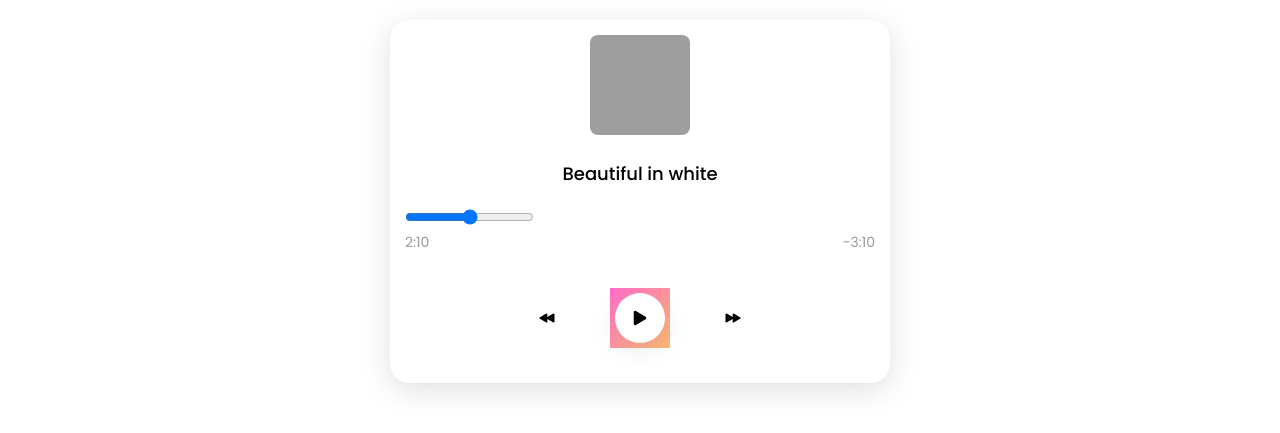
Repository: quyenpv10/mp3__music
Page: index.html
These files come from the project's save history. The page is drawn as it stood at one moment and after the next save; the edit follows.
The browser window is 1280 px wide. The pictures show the whole page.
Pictures or frames that could not be fetched are drawn as grey boxes.

Above is the page before, as saved 2021-12-10 20:18:35.

After the next save:
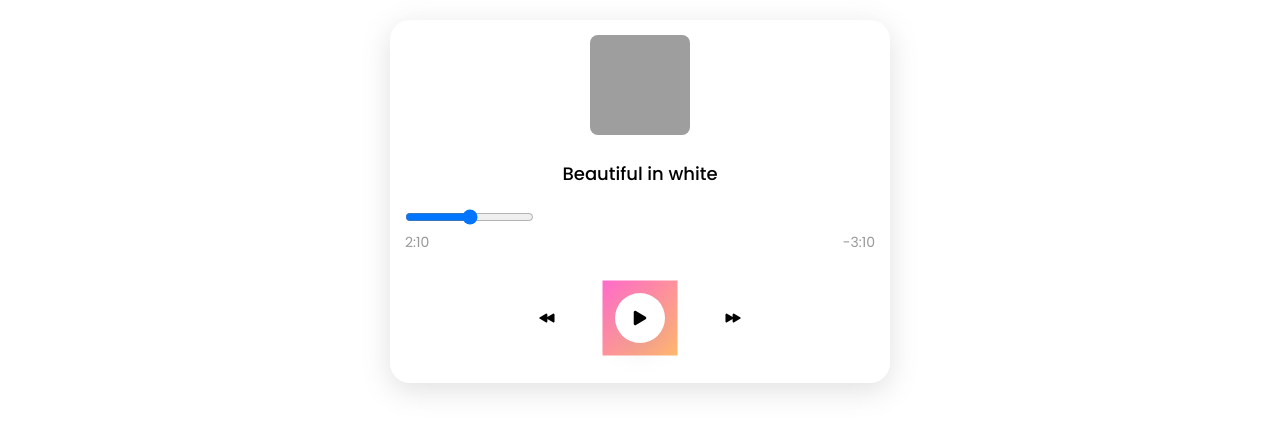
Saved 25 s later.
--- a/app.css
+++ b/app.css
@@ -97,7 +97,7 @@ body {
     position: absolute;
     inset: 0;
     background-image: linear-gradient(to right bottom, #ff6bcb, #ffb86c);
-    transform: scale(1.2);
+    transform: scale(1.5);
 }
 
 .play-inner {
